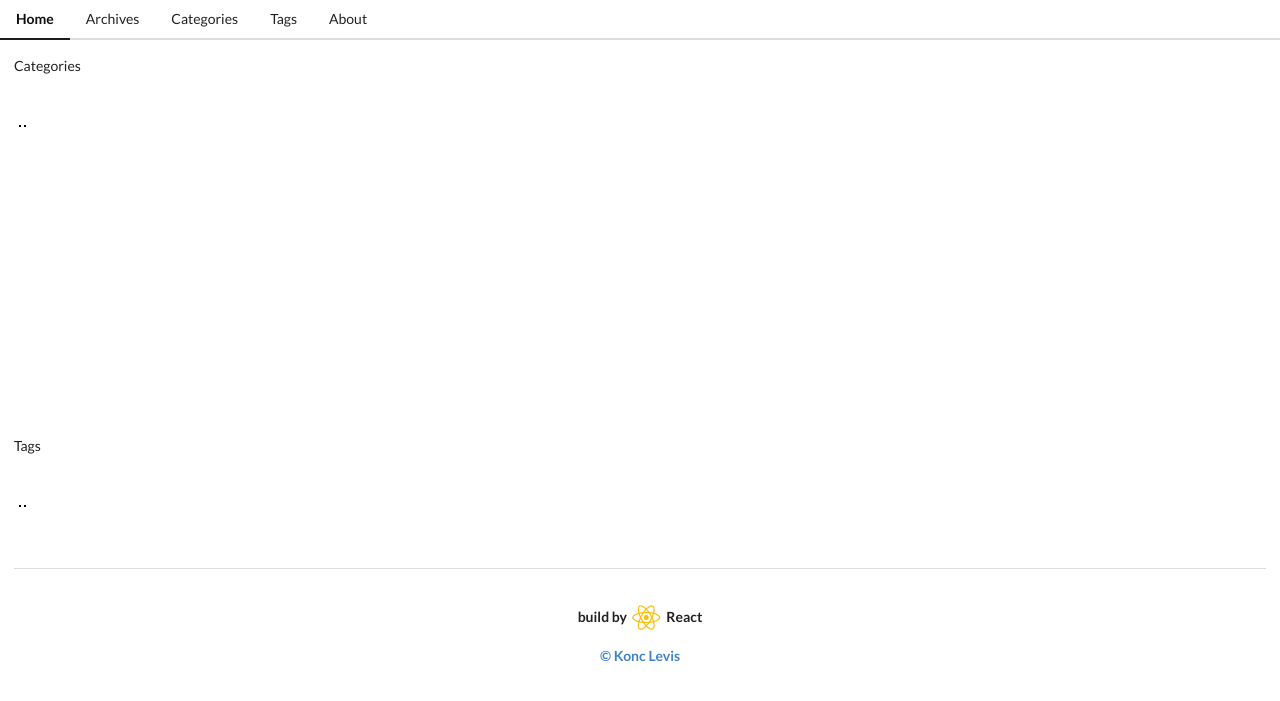
Repository: chu4j/my-spring-cloud-blog-frontend
Page: /
These files come from the project's save history. The page is drawn as it stood at one moment and after the next save; the edit follows.
The browser window is 1280 px wide. The pictures show the whole page.
The page's requests for data from a server got no answer. The project was rebuilt for these pictures with package versions that can differ from the ones it lists, and the page was loaded fresh each time. No one was signed in, and anything a server would have sent is missing. Also part of the build but not shown: src/components/Categories.jsx, src/components/FocusContent.jsx, src/css/App.css, src/components/owner/LoginForm.jsx, src/components/Tags.jsx, src/components/Timeline.jsx, src/components/TimelineHome.jsx.

Above is the page before, as saved 2021-02-24 11:52:18.

After the next save:
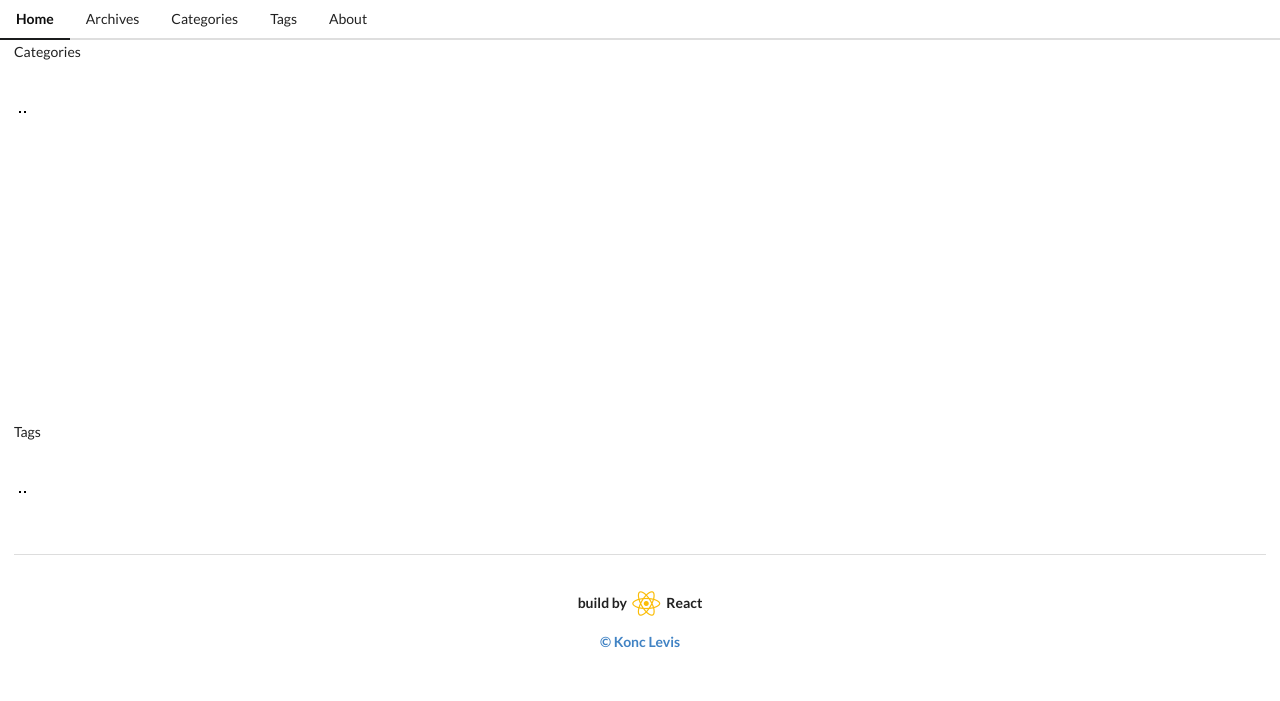
Saved 10 s later.
--- a/src/components/BlogHeader.jsx
+++ b/src/components/BlogHeader.jsx
@@ -83,13 +83,6 @@ class BlogHeader extends Component {
             onClick={this.handleItemClick}
           />
         </Menu>
-        <Visibility
-          offset={80}
-          once={false}
-          onTopPassed={this.stickOverlay}
-          onTopVisible={this.unStickOverlay}
-          style={overlayFixed ? { ...overlayStyle, ...overlayRect } : {}}
-        />
       </Container>
     );
   }
